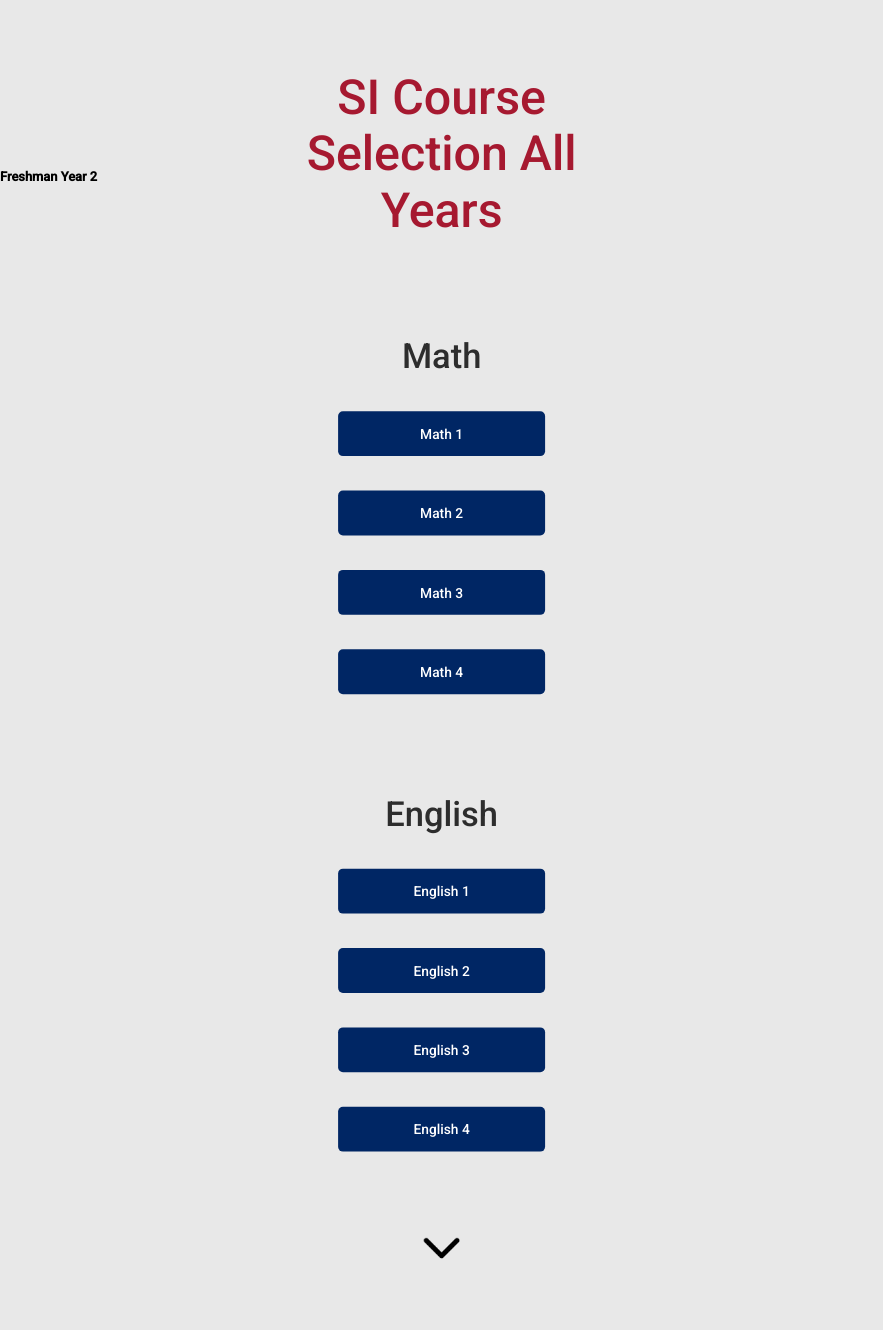
Repository: BuddyBob/si_course_selection
Page: /#/yearTwo
These files come from the project's save history. The page is drawn as it stood at one moment and after the next save; the edit follows.
The browser window is 1280 px wide. The pictures show the whole page, at 69% of full size.
The project was rebuilt for these pictures with package versions that can differ from the ones it lists, and the page was loaded fresh each time. Also part of the build but not shown: src/components/CurrentYear.js, src/getLocalStorage.js, src/Home.js, src/components/AllYears/YearFour.js, src/components/AllYears/YearOne.js, src/components/AllYears/YearThree.js.

Above is the page before, as saved 2023-01-03 20:06:45.

### public/index.html
<!DOCTYPE html>
<html lang="en">
  <head>
    <meta charset="utf-8" />
    <link rel="icon" href="%PUBLIC_URL%/favicon.ico" />
    <meta name="viewport" content="width=device-width, initial-scale=1" />
    <meta name="theme-color" content="#000000" />
    <meta
      name="description"
      content="Web site created using create-react-app"
    />
    <link rel="apple-touch-icon" href="%PUBLIC_URL%/logo192.png" />
    <link rel="manifest" href="%PUBLIC_URL%/manifest.json" />

    <link rel="preconnect" href="https://fonts.googleapis.com">
    <link rel="preconnect" href="https://fonts.gstatic.com" crossorigin>
    <link href="https://fonts.googleapis.com/css2?family=Open+Sans:wght@300;400&family=Roboto:wght@500&display=swap" rel="stylesheet">
    <title>React App</title>
  </head>
  <body>
    <noscript>You need to enable JavaScript to run this app.</noscript>
    <div id="root"></div>

  </body>
</html>

### src/index.js
import App from './App';
import React from 'react';
import ReactDOM from 'react-dom';
import { HashRouter as Router } from 'react-router-dom';

ReactDOM.render(<Router>< App /></Router>, document.getElementById("root"));

### src/App.js
import './index.css'

import {
    Route,
    Routes,
} from "react-router-dom";

import CurrentYear from "./components/CurrentYear";
import Home from "./Home";
import YearFour from "./components/AllYears/YearFour";
import YearOne from "./components/AllYears/YearOne";
import YearThree from "./components/AllYears/YearThree";
import YearTwo from "./components/AllYears/YearTwo";

export default function App() {
    return (
          <Routes>
            <Route  exact path='/' element={<Home/>} />
            <Route  exact path='/currentYear' element={<CurrentYear/>} />
            <Route  exact path='/yearOne' element={<YearOne/>} />
            <Route  exact path='/yearTwo' element={<YearTwo/>} />
            <Route  exact path='/yearThree' element={<YearThree/>} />
            <Route  exact path='/yearFour' element={<YearFour/>} />
          </Routes>
    );
  }

### src/index.css
:root {
  --background:#e8e8e8;
  --main:#002664;
  --secondary:#A61930;
  --highlight:#2D2D2D;
  --text:#2D2D2D;
}

*{
  padding: 0;
  margin: 0;
  box-sizing: border-box;
  cursor: default;
  font-family: 'Open Sans', sans-serif;
  font-family: 'Roboto', sans-serif;
}

body{
  background: var(--background);
  overflow-x: hidden;
}


.main-container{
/* center */
  display: flex;
  flex-direction: column;
  justify-content: center;
  align-items: center;
  width: 100%;
  height: 100%;
  margin: auto;
}

.sub-container{
  display: flex;
  flex-direction: row;
}



.title{
  font-style: normal;
  font-size: 90px;
  color: var(--secondary);
  font-weight: 500px;
  /* center text to page; */
  margin: auto;
  width: 50%;
  text-align: center;
  position: relative;
  top: 100px;


}

@media screen and (max-width: 1150px) {
  .sub-container{
    flex-direction: column;
  }
  .title{
    font-size: 60px;
    width: 80%;
    text-align: center;
  }

}

select {
  border: #002664 1px solid;
  border-radius: 7px;
  background: #002664;
  width: 300px;
  height: 80px;/*Width of select dropdown to give space for arrow image*/
  color: #FFF;
  text-align: center;
  font-size: 25px;
  font-weight: 20px;
  margin: 50px;

}


.pg1dd{
  display: flex;
  flex-direction: column;
  justify-content: center;
  align-items: center;
  width: 100%;
  height: 100%;
  margin: auto;
  position: relative;
  top: 200px;

}



.arrow1{

  /* center content */
  display: flex;
  flex-direction: column;
  justify-content: center;
  align-items: center;
  position: relative;
  top: 100px

}


.arrow1:hover{
  animation: arrow1 1s infinite;
  color: var(--secondary);
  cursor: pointer;
}

.bounce {
  animation: bounce 3s infinite;
}

@keyframes bounce {
  0%, 20%, 50%, 80%, 100% {
      -moz-transform: translateY(0);
      -ms-transform: translateY(0);
      -webkit-transform: translateY(0);
      transform: translateY(0);
    }
    40% {
      -moz-transform: translateY(-10px);
      -ms-transform: translateY(-10px);
      -webkit-transform: translateY(-10px);
      transform: translateY(-10px);
    }
    40% {
      -moz-transform: translateY(-30px);
      -ms-transform: translateY(-30px);
      -webkit-transform: translateY(-30px);
      transform: translateY(-30px);
    }
    60% {
      -moz-transform: translateY(-15px);
      -ms-transform: translateY(-15px);
      -webkit-transform: translateY(-15px);
      transform: translateY(-15px);
    }
}

### src/components/AllYears/YearTwo.js
import '../courseSelection.css'

import React, {useEffect, useState} from 'react'

import arrow from '../../assets/Arrow 5.png'
import courseData from '../../assets/courses.json'
import { useNavigate } from "react-router-dom";

export default function Yeartwo() {
  let navigate = useNavigate();
  const [grade, setGrade] = useState(localStorage.getItem('grade'));
  let grades = Object.keys(courseData)
  let nextGrade = grades[Object.keys(courseData).indexOf(grade)+1]
  let subjects = courseData[nextGrade].subjects
  let courses = courseData[nextGrade].classes



function courseSelect(e) {
  let userCourse = e.target.innerHTML
  let userSubject = e.target.value


}

function nextPage() {
    //make sure not a senior
  if (grade !== "Junior"){
    navigate("/yearthree");
  }
  else{
    navigate("/ThisIsTheResultsPage");
  }
}

    return (
    <div>
        <div className="Headers">
          <h1 className="titleCourseSelect" >SI Course Selection  All Years </h1>
        </div>
        <h3 className="headerCourseSelect" >{nextGrade} Year 2</h3>


        <div className="courseSelect">
          {subjects.map((subject, index) => (
            <div key={index}>
              <h2 className="subject">{subject}</h2>
              <div className="courses">
              {courses[subject].map((course, index) => (
                <div key={index}>
                    <button value={subject} className="course_btn" onClick={(e) => courseSelect(e)}>{course}</button>
                </div>
              ))}
              </div>
            </div>
          ))}
            <input type="image" src={arrow} alt="arrow2" className="arrow2 bounce2" onClick={() => nextPage()}/>
        </div>

    </div>
  )
}

### src/components/courseSelection.css
:root {
    --background:#e8e8e8;
    --main:#002664;
    --secondary:#A61930;
    --highlight:#2D2D2D;
    --text:#2D2D2D;
  }

.Nav{
  background-color: var(--secondary);
  padding: 30px;
}
.navCourseSelect{
  color: var(--background);
  font-weight: 100px;

}
.titleCourseSelect{
    font-style: normal;
    font-size: 70px;
    font-weight: 400;
    color: var(--secondary);

    /* center text to page; */
    margin: auto;
    width: 40%;
    text-align: center;

    position: relative;
    top: 100px;


}


.courseSelect{
    position: relative;
    top: 200px;
    margin: auto;
    text-align: center;
}
.subject{
    color: var(--text);
    margin: auto;
    text-align: center;
    font-size: 50px;
    font-weight:200;
    padding-top: 20px;

  }

  .courses{
    position: relative;
    margin-bottom: 100px;
    margin-top:25px;

  }

.course_btn{
    border: #002664 0px solid;
    border-radius: 7px;
    background: #002664;
    width: 300px;
    height: 65px;/*Width of select dropdown to give space for arrow image*/
    color: #FFF;
    text-align: center;
    font-size: 20px;
    font-weight: 30px;
    margin: 25px;
}

.course_btn:hover{
    background: var(--secondary);
    color: #FFF;
    cursor: pointer;
}

.course_btn_selected{
  background: #A61930;
  color: #FFF;
  cursor: pointer;
}

.arrow2{
  justify-content: center;
  align-items: center;
  position: relative;
  top: 0px;
  right: 0%;
  margin-bottom:100px;
}


.arrow2:hover{
  animation: arrow1 1s infinite;
  color: var(--secondary);
  cursor: pointer;
}

.bounce2 {
  animation: bounce 3s infinite;
}

@keyframes bounce2 {
  0%, 20%, 50%, 80%, 100% {
      -moz-transform: translateY(0);
      -ms-transform: translateY(0);
      -webkit-transform: translateY(0);
      transform: translateY(0);
    }
    40% {
      -moz-transform: translateY(-10px);
      -ms-transform: translateY(-10px);
      -webkit-transform: translateY(-10px);
      transform: translateY(-10px);
    }
    40% {
      -moz-transform: translateY(-30px);
      -ms-transform: translateY(-30px);
      -webkit-transform: translateY(-30px);
      transform: translateY(-30px);
    }
    60% {
      -moz-transform: translateY(-15px);
      -ms-transform: translateY(-15px);
      -webkit-transform: translateY(-15px);
      transform: translateY(-15px);
    }
}

### src/assets/courses.json
{
    "Freshman":{
        "subjects":[
            "Math",
            "English"
        ]
        ,
        "classes":{
            "Math":[
                "Math 1",
                "Math 2",
                "Math 3",
                "Math 4"
            ],
            "English":[
                "English 1",
                "English 2",
                "English 3",
                "English 4"
            ]

        }
    },
    "Sophomore":{
        "subjects":[
            "Math",
            "English"
        ]
        ,
        "classes":{
            "Math":[
                "Math 2",
                "Math 3",
                "Math 4",
                "Math 5"
            ],
            "English":[
                "English 2",
                "English 3",
                "English 4",
                "English 5"
            ]

        }
    }
    ,
    "Junior":{
        "subjects":[
            "Math",
            "English"
        ]
        ,
        "classes":{
            "Math":[
                "Math 3",
                "Math 4",
                "Math 5",
                "Math 6"
            ],
            "English":[
                "English 3",
                "English 4",
                "English 5",
                "English 6"
            ]

        }
    },
    "Senior":{
        "subjects":[
            "Math",
            "English"
        ]
        ,
        "classes":{
            "Math":[
                "Math 4",
                "Math 5"
            ],
            "English":[
                "English 4",
                "English 5",
                "English 6"
            ]

        }
    }
}

After the next save:
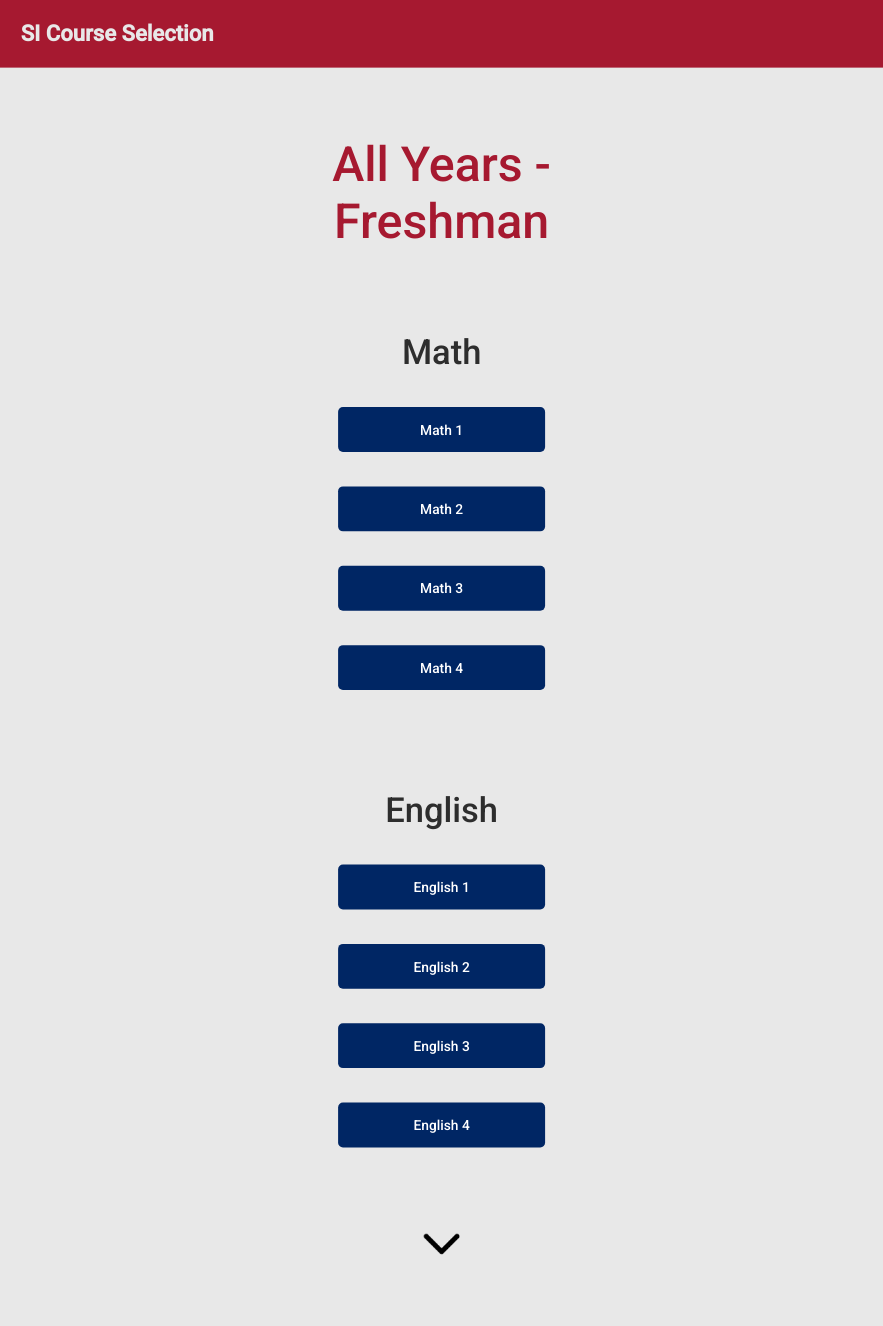
Saved 69 s later.
--- a/src/components/AllYears/YearTwo.js
+++ b/src/components/AllYears/YearTwo.js
@@ -36,9 +36,11 @@
     return (
     <div>
         <div className="Headers">
-          <h1 className="titleCourseSelect" >SI Course Selection  All Years </h1>
+          <div className="Nav">
+            <h1 className="navCourseSelect" >SI Course Selection</h1>
+          </div>
+          <h1 className="titleCourseSelect" >All Years - {nextGrade} </h1>
         </div>
-        <h3 className="headerCourseSelect" >{nextGrade} Year 2</h3>
 
 
         <div className="courseSelect">
